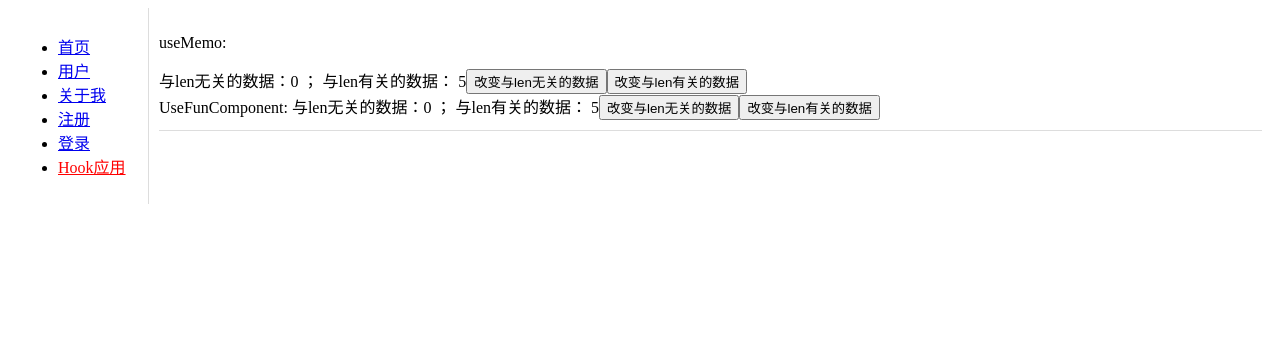
Repository: shellingfordly/js-library-Demo
Page: /hook (app in demo/react/demo/)
An editor plug-in stored every save of this project. The page is shown before and after the next save, followed by the edit.
The browser window is 1280 px wide. The pictures show the whole page.
The project was rebuilt for these pictures with package versions that can differ from the ones it lists, and the page was loaded fresh each time. Also part of the build but not shown: demo/react/demo/src/views/home/components/UseReducer.js, demo/react/demo/src/views/home/components/SetTimeout.js, demo/react/demo/src/views/home/hook/context.js, demo/react/demo/src/views/home/components/context/useContext.js, demo/react/demo/src/views/home/components/context/contextType.js, demo/react/demo/src/views/home/components/context/consumer.js, demo/react/demo/src/views/home/utils/highComponent.js, demo/react/demo/src/views/home/Home.js and 12 more.

Above is the page before, as saved 2021-01-17 23:11:15.

### demo/react/demo/src/index.js
import React from 'react';
import ReactDOM from 'react-dom';
import './index.css';
import App from './App';
import reportWebVitals from './reportWebVitals';
import {BrowserRouter as Route} from 'react-router-dom'

ReactDOM.render(
  <React.StrictMode>
    <Route>
      <App />
    </Route>
  </React.StrictMode>,
  document.getElementById('root')
);

// If you want to start measuring performance in your app, pass a function
// to log results (for example: reportWebVitals(console.log))
// or send to an analytics endpoint. Learn more: https://bit.ly/CRA-vitals
reportWebVitals();

### demo/react/demo/src/App.js

import './App.scss'
import { Component } from 'react'
import { NavLink, Route, Switch, Redirect } from 'react-router-dom'
import Home from './views/home/Home'
import About from './views/about/About'
import Register from './views/Register'
import User from './views/User'
import Login from './views/Login'
import store from './store'
import { userLogout } from './store/actions'
import Hook from './views/HookComponent'

export default class App extends Component {

  state = {
    isShow: false
  }

  componentDidMount() {
    store.subscribe(() => {
      const data = store.getState()
      this.setState({ isShow: data.isLogin })
    })
  }

  logout = () => {
    store.dispatch(userLogout())
  }


  render() {

    return (
      <div className="app">
        <div className="nav">
          <ul>
            <li>
              <NavLink to='/home'>首页</NavLink>
            </li>
            <li>
          <NavLink to='/user'>用户</NavLink>
            </li>
            <li>
          <NavLink to='/about'>关于我</NavLink>
            </li>
            <li>
          <NavLink to='/register'>注册</NavLink>
            </li>
            <li>
          <NavLink to='/login'>登录</NavLink>
            </li>
            <li>
          <NavLink to='/hook'>Hook应用</NavLink>
            </li>
          </ul>

        </div>
        <div className="content">
          <Switch>
            <Route path="/home" component={Home}></Route>
            <Route path="/user" component={User}></Route>
            <Route path="/about" component={About}></Route>
            <Route path="/register" component={Register}></Route>
            <Route path="/login" component={Login}></Route>
            <Route path="/hook" component={Hook}></Route>
            <Redirect to="/login"></Redirect>
          </Switch>
        </div>
      </div>


    )
  }
};

### demo/react/demo/src/App.scss
.app {
  // width: 80%;
  margin: auto;
  display: flex;

  .nav {
    width: 120px;
    padding: 10px;
    border-right: 1px solid #ddd;

    a {
      display: inline;
      width: 100%;
    }

    .active {
      color: red;
    }
  }

  .content {
    flex:1;
    padding: 10px;
    // display: flex;
    // justify-content: space-around;

    .login {
      .label {
        display: inline-block;
        width: 70px;
      }
      .btn {
        padding-top: 10px;
        text-align: center;

        button:first-child {
          margin-right: 10px;
        }
      }
    }
  }
}

.show {
  display: block;
}
.hide {
  display: none;
}

.b-line {
  padding-bottom: 10px;
  border-bottom: 1px solid #ddd;
}

### demo/react/demo/src/store/index.js
import {createStore, applyMiddleware}  from 'redux'
import thunk from 'redux-thunk'
import  rootReducer from './combineReducer'

export default createStore(rootReducer, applyMiddleware(thunk))

### demo/react/demo/src/store/actions.js
export function saveUser(data){
  return {
    type: 'SAVE',
    data
  }
}

export function getUser(data){
  return {
    type: 'GET',
    data
  }
}

export function userLogin(){
  return {
    type: 'LOGIN',
  }
}

export function userLogout(){
  return {
    type: 'LOGOUT',
  }
}

### demo/react/demo/src/views/HookComponent/index.js

import { UseMemoComponent, UseFunComponent } from './components/useMemo'

export default function HookComponent() {
  return (
    <div>
      <div className="b-line">
        <p>useMemo: </p>
        <UseMemoComponent />
        <UseFunComponent />
      </div>
    </div>
  )
}

### demo/react/demo/src/store/combineReducer.js
import { combineReducers } from 'redux';

import * as reducer from './reducer';


const rootReducer = combineReducers({
  ...reducer
})

export default rootReducer;

### demo/react/demo/src/views/HookComponent/components/useMemo.js
import { useMemo, useState } from 'react'

export function UseFunComponent() {
  let [len, setLen] = useState(5)
  let [other, setOther] = useState(0)

  function sum() {
    console.log("UseFunComponent");
    let count = 0
    for (let i = 1; i <= len; i++) {
      count++
    }
    return count
  }

  return (
    <div>
      UseFunComponent:
      与len无关的数据：{other} ； 与len有关的数据： {sum()}
      <button onClick={() => { setOther(other++) }}>改变与len无关的数据</button>
      <button onClick={() => { setLen(len++) }}>改变与len有关的数据</button>
    </div>
  )
}

export function UseMemoComponent() {
  let [len, setLen] = useState(5)
  let [other, setOther] = useState(0)

  const sum = useMemo(() => {
    console.log("UseMemoComponent");
    let count = 0
    for (let i = 1; i <= len; i++) {
      count++
    }
    return count
  }, [len])

  return (
    <div>
      与len无关的数据：{other} ； 与len有关的数据： {sum}
      <button onClick={() => { setOther(other++) }}>改变与len无关的数据</button>
      <button onClick={() => { setLen(len++) }}>改变与len有关的数据</button>
    </div>
  )
}

### demo/react/demo/src/store/reducer.js
const user_info = {
  username: '',
  password: '',
}

export function user(state = user_info, actions) {
  switch (actions.type) {
    case "SAVE":
      localStorage.setItem('user_info', JSON.stringify(actions.data))
      return { status: true, msg: '登录成功！' }
    case "GET":
      const hasUser = localStorage.getItem('user_info')
      if (hasUser) return { status: true, data: user, msg: '已登录！' }
      else return { status: false, msg: '未登录！' }
    default: return state
  }
}


export function isLogin(state = false, actions) {
  const hasUser = localStorage.getItem('user_info')
  switch (actions.type) {
    case "LOGIN":
      if (hasUser) return true
      else return false
    case "LOGOUT":
      if (hasUser) localStorage.removeItem('user_info')
      return false
    default: return state
  }
}

Loaded but not shown: demo/react/demo/public/index.html (common file); demo/react/demo/src/reportWebVitals.js (common file); demo/react/demo/src/index.css (no stored copy; drawn as an empty file)

After the next save:
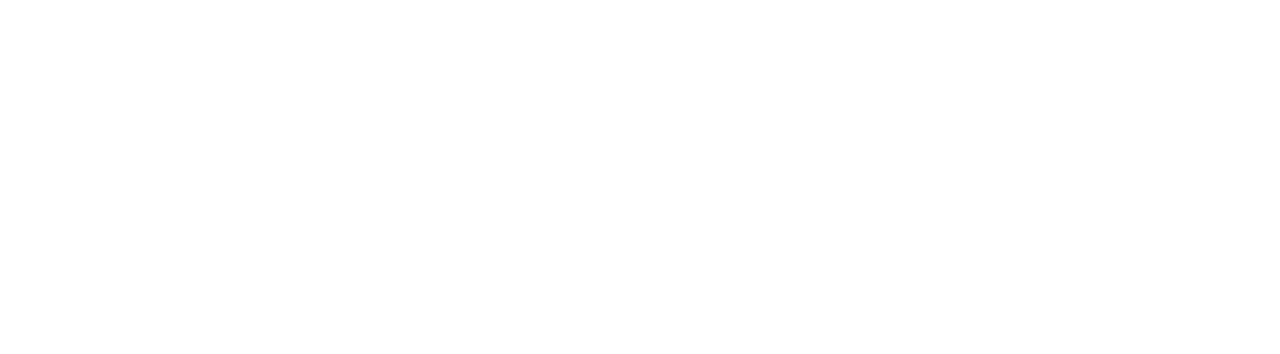
Console error: TypeError: sum is not a function
Saved 42 s later.
--- a/demo/react/demo/src/views/HookComponent/components/useMemo.js
+++ b/demo/react/demo/src/views/HookComponent/components/useMemo.js
@@ -15,8 +15,8 @@
 
   return (
     <div>
-      UseFunComponent:
-      与len无关的数据：{other} ； 与len有关的数据： {sum()}
+      <p>未使用useMemo：</p>
+      <p>与len无关的数据：{other} ； 与len有关的数据： {sum()}</p>
       <button onClick={() => { setOther(other++) }}>改变与len无关的数据</button>
       <button onClick={() => { setLen(len++) }}>改变与len有关的数据</button>
     </div>
@@ -38,7 +38,8 @@
 
   return (
     <div>
-      与len无关的数据：{other} ； 与len有关的数据： {sum}
+      <p>使用了useMemo：</p>
+      <p>与len无关的数据：{other} ； 与len有关的数据： {sum()}</p>
       <button onClick={() => { setOther(other++) }}>改变与len无关的数据</button>
       <button onClick={() => { setLen(len++) }}>改变与len有关的数据</button>
     </div>

After the save that followed:
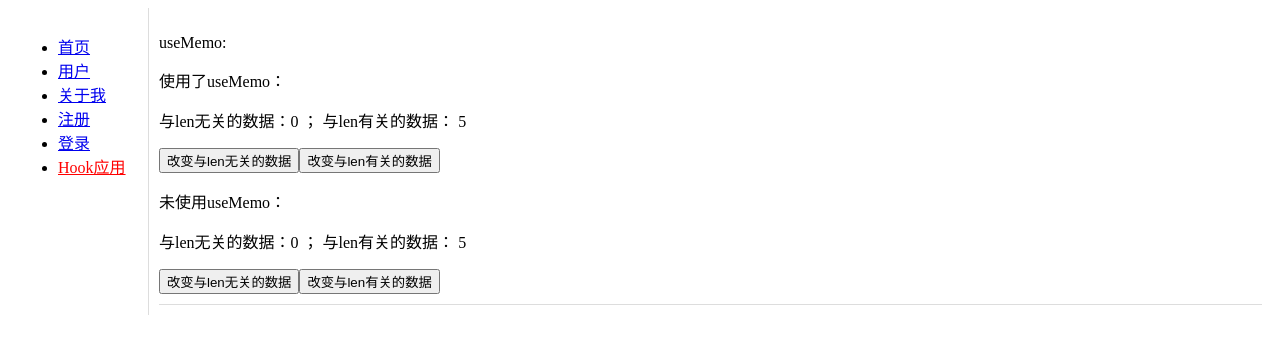
The error is gone.
Saved 15 s later.
--- a/demo/react/demo/src/views/HookComponent/components/useMemo.js
+++ b/demo/react/demo/src/views/HookComponent/components/useMemo.js
@@ -39,7 +39,7 @@
   return (
     <div>
       <p>使用了useMemo：</p>
-      <p>与len无关的数据：{other} ； 与len有关的数据： {sum()}</p>
+      <p>与len无关的数据：{other} ； 与len有关的数据： {sum}</p>
       <button onClick={() => { setOther(other++) }}>改变与len无关的数据</button>
       <button onClick={() => { setLen(len++) }}>改变与len有关的数据</button>
     </div>
